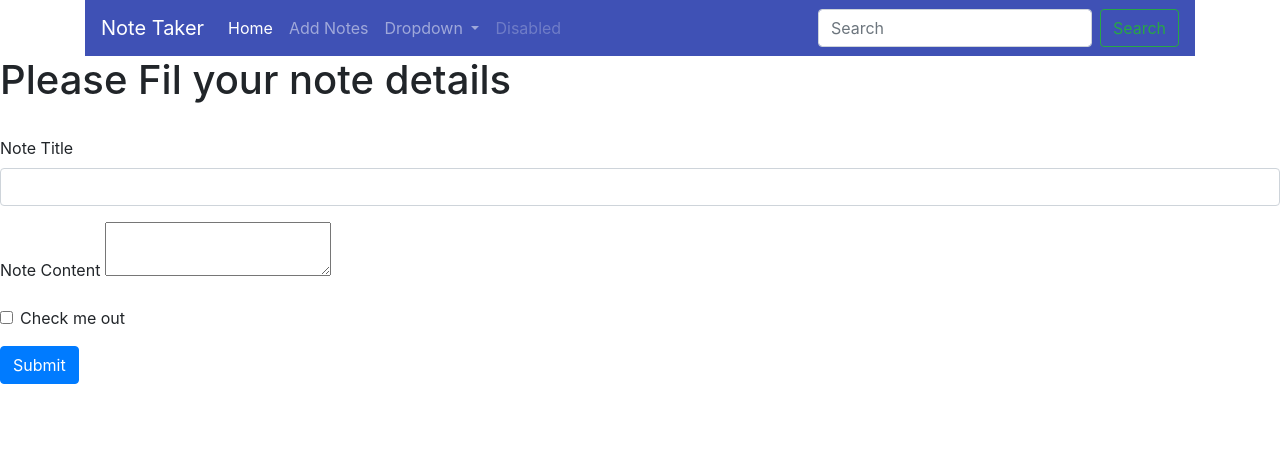
Repository: SudarshanSarnaik/Note_Taker
Page: http://localhost/NoteTaker/add_notes.jsp
These files come from the project's save history. The page is drawn as it stood at one moment and after a run of saves; the edit follows.
The browser window is 1280 px wide. The pictures show the whole page.
The page is served by Tomcat 9. Other server files are loaded and not shown.

Above is the page before, as saved 2025-01-28 05:30:13.

### NoteTaker/src/main/webapp/add_notes.jsp

<%@ page language="java" contentType="text/html; charset=UTF-8"
	pageEncoding="UTF-8"%>
<!DOCTYPE html>
<html>
<head>
<meta charset="UTF-8">
<!-- Bootstrap CSS -->
<link rel="stylesheet"
	href="https://cdn.jsdelivr.net/npm/bootstrap@4.4.1/dist/css/bootstrap.min.css"
	integrity="sha384-Vkoo8x4CGsO3+Hhxv8T/Q5PaXtkKtu6ug5TOeNV6gBiFeWPGFN9MuhOf23Q9Ifjh"
	crossorigin="anonymous">
<link href="css/style.css" rel="stylesheet" />
<title>Add Notes</title>
</head>
<body>

	<div class="container">
		<%@ include file="navbar.jsp"%>


	</div>

	<h1>Please Fil your note details</h1>
	<br>


	<form action="SaveNoteServlet" method="post">
		<div class="mb-3">
			<label for="title" class="form-label">Note Title</label>
			<input type="text" class="form-control"
				id="title" aria-describedby="emailHelp">

		</div>

		<div class="mb-3">
			<label for="content" class="form-label">Note Content</label>
			<textarea style="hight:300px class="form-control"
				id="content">
				</textarea>
		</div>
		<div class="mb-3 form-check">
			<input type="checkbox" class="form-check-input" id="exampleCheck1">
			<label class="form-check-label" for="exampleCheck1">Check me
				out</label>
		</div>
		<button type="submit" class="btn btn-primary">Submit</button>
	</form>

	<!-- form -->

	<!-- Optional JavaScript -->
	<!-- jQuery first, then Popper.js, then Bootstrap JS -->
	<script src="https://code.jquery.com/jquery-3.4.1.slim.min.js"
		integrity="sha384-J6qa4849blE2+poT4WnyKhv5vZF5SrPo0iEjwBvKU7imGFAV0wwj1yYfoRSJoZ+n"
		crossorigin="anonymous"></script>
	<script
		src="https://cdn.jsdelivr.net/npm/popper.js@1.16.0/dist/umd/popper.min.js"
		integrity="sha384-Q6E9RHvbIyZFJoft+2mJbHaEWldlvI9IOYy5n3zV9zzTtmI3UksdQRVvoxMfooAo"
		crossorigin="anonymous"></script>
	<script
		src="https://cdn.jsdelivr.net/npm/bootstrap@4.4.1/dist/js/bootstrap.min.js"
		integrity="sha384-wfSDF2E50Y2D1uUdj0O3uMBJnjuUD4Ih7YwaYd1iqfktj0Uod8GCExl3Og8ifwB6"
		crossorigin="anonymous"></script>
</body>
</html>

### NoteTaker/src/main/webapp/navbar.jsp
<nav class="navbar navbar-expand-lg navbar-dark purple">
  <a class="navbar-brand" href="index.jsp">Note Taker</a>
  <button class="navbar-toggler" type="button" data-toggle="collapse" data-target="#navbarSupportedContent" aria-controls="navbarSupportedContent" aria-expanded="false" aria-label="Toggle navigation">
    <span class="navbar-toggler-icon"></span>
  </button>

  <div class="collapse navbar-collapse" id="navbarSupportedContent">
    <ul class="navbar-nav mr-auto">
      <li class="nav-item active">
        <a class="nav-link" href="index.jsp">Home <span class="sr-only">(current)</span></a>
      </li>
      <li class="nav-item">
        <a class="nav-link" href="add_notes.jsp">Add Notes</a>
      </li>
      <li class="nav-item dropdown">
        <a class="nav-link dropdown-toggle" href="#" id="navbarDropdown" role="button" data-toggle="dropdown" aria-haspopup="true" aria-expanded="false">
          Dropdown
        </a>
        <div class="dropdown-menu" aria-labelledby="navbarDropdown">
          <a class="dropdown-item" href="#">Action</a>
          <a class="dropdown-item" href="#">Another action</a>
          <div class="dropdown-divider"></div>
          <a class="dropdown-item" href="#">Something else here</a>
        </div>
      </li>
      <li class="nav-item">
        <a class="nav-link disabled" href="#">Disabled</a>
      </li>
    </ul>
    <form class="form-inline my-2 my-lg-0">
      <input class="form-control mr-sm-2" type="search" placeholder="Search" aria-label="Search">
      <button class="btn btn-outline-success my-2 my-sm-0" type="submit">Search</button>
    </form>
  </div>
</nav>

### NoteTaker/src/main/webapp/css/style.css

.purple{
	background: #3f51b5;

}

After the next 2 saves:
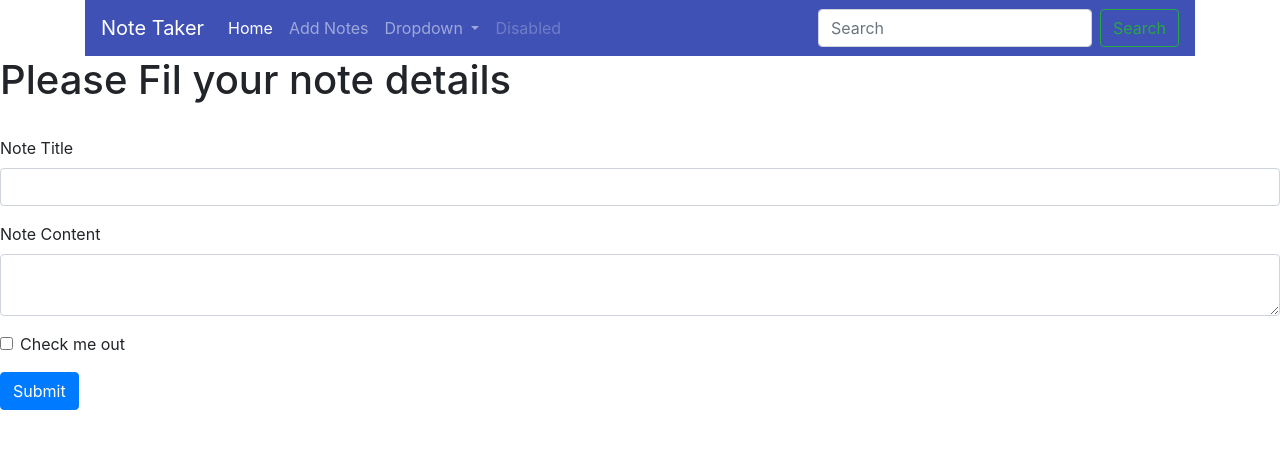
The 2 saves are shown as one change because they came seconds apart.
The last was saved 7 s later.
--- a/NoteTaker/src/main/webapp/add_notes.jsp
+++ b/NoteTaker/src/main/webapp/add_notes.jsp
@@ -35,7 +35,7 @@
 
 		<div class="mb-3">
 			<label for="content" class="form-label">Note Content</label>
-			<textarea style="hight:300px class="form-control"
+			<textarea style="hight:300px;" class="form-control"
 				id="content">
 				</textarea>
 		</div>
